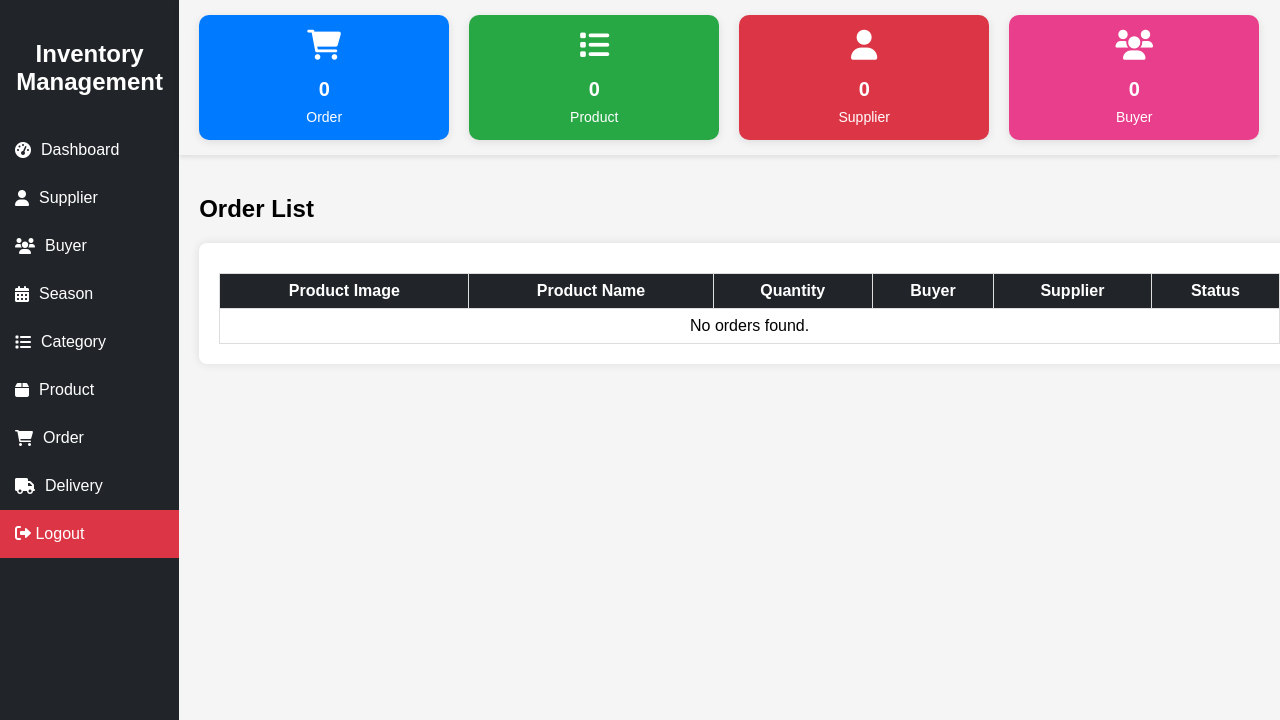
Repository: Fail2/Inventory_Management
Page: http://localhost/accounts/admin/orders/
An editor plug-in stored every save of this project. The page is shown before and after the next save, followed by the edit.
The browser window is 1280 px wide. The pictures show the whole page.
The page is served by the project's application, run on Django 5.2 (inventory_management/manage.py). A made-up administrator, testuser (Test User, test@example.com), is signed in. Other server files are loaded and not shown. Queries for data that is not in the repository find no rows.

Above is the page before, as saved 2025-05-03 13:10:38.

### inventory_management/accounts/templates/accounts/admin_order_list.html
{% extends 'accounts/admin_base.html' %}
{% block title %}Admin - Orders{% endblock %}

{% block content %}
<h2>Order List</h2>

<div class="orders-table">
    <table>
        <thead>
            <tr>
                <th>Product Image</th>
                <th>Product Name</th>
                <th>Quantity</th>
                <th>Buyer</th>
                <th>Supplier</th>
                <th>Status</th>
            </tr>
        </thead>
        <tbody>
            {% for order in orders %}
            <tr>
                <td>
                    <img src="{{ order.product.picture.url|default:'/media/product_images/default-image.jpg' }}"
                         alt="{{ order.product.name }}" width="60" height="60">
                </td>
                <td>{{ order.product.name }}</td>
                <td>{{ order.quantity }}</td>
                <td>{{ order.buyer.full_name }}</td>

                <!-- Supplier Column -->
                <td>
                    {% if order.supplier %}
                        {{ order.supplier.full_name }}
                    {% else %}
                        <form method="post" style="display: inline;">
                            {% csrf_token %}
                            <input type="hidden" name="order_id" value="{{ order.id }}">
                            <select name="supplier_id" required>
                                <option value="">Select Supplier</option>
                                {% for supplier in suppliers %}
                                <option value="{{ supplier.id }}" {% if order.supplier and supplier.id == order.supplier.id %}selected{% endif %}>
                                    {{ supplier.full_name }}
                                </option>
                                {% endfor %}
                            </select>
                            <button type="submit" style="padding: 5px 10px;">Assign Supplier</button>
                        </form>
                    {% endif %}
                </td>

                <!-- Status Column -->
                <td>
                    <form method="post" style="display: inline;">
                        {% csrf_token %}
                        <input type="hidden" name="order_id" value="{{ order.id }}">
                        <select name="status" required>
                            {% for value, label in status_choices %}
                            <option value="{{ value }}" {% if order.status == value %}selected{% endif %}>
                                {{ label }}
                            </option>
                            {% endfor %}
                        </select>
                        <button type="submit" style="padding: 5px 10px;">Update Status</button>
                    </form>
                </td>
            </tr>
            {% empty %}
            <tr>
                <td colspan="6">No orders found.</td>
            </tr>
            {% endfor %}
        </tbody>
    </table>
</div>
{% endblock %}

### inventory_management/accounts/middleware/auth_middleware.py
from django.shortcuts import redirect

class BuyerSupplierLoginRequiredMiddleware:
    """
    Middleware to protect buyer and supplier pages.
    If user is not logged in, they will be redirected to login page.
    """

    def __init__(self, get_response):
        self.get_response = get_response

    def __call__(self, request):
        # Paths that need protection
        protected_paths = [
            '/buyer/',         # All buyer pages
            '/supplier/',      # All supplier pages
        ]

        # Check if the request path starts with any protected path
        if any(request.path.startswith(path) for path in protected_paths):
            if not request.session.get('user_type'):
                # If user_type not found in session, redirect to login
                return redirect('login')  # URL name of your login page

        response = self.get_response(request)
        return response

### inventory_management/accounts/models.py
from django.db import models
from django.contrib.auth.models import AbstractUser
from django.core.validators import MinValueValidator
import os
import uuid
from django.utils.deconstruct import deconstructible

# Custom User Model for Buyer and Seller types
class CustomUser(AbstractUser):
    USER_TYPE_CHOICES = (
        ('buyer', 'Buyer'),
        ('supplier', 'Supplier'),
    )
    user_type = models.CharField(max_length=10, choices=USER_TYPE_CHOICES)

    def is_admin(self):
        return self.is_superuser  # Check if the user is an admin

class Buyer(models.Model):
    full_name=models.CharField(max_length=100)
    address = models.TextField()
    email = models.EmailField(unique=True)
    username = models.CharField(max_length=100,unique=True)
    password =models.CharField(max_length=128) #store hashed password
    last_login = models.DateTimeField(null=True, blank=True)
    date_joined = models.DateTimeField(auto_now_add=True)


    def __str__(self):
        return self.full_name

class Supplier(models.Model):
    full_name=models.CharField(max_length=100)
    address = models.TextField()
    email = models.EmailField(unique=True)
    username = models.CharField(max_length=100,unique=True)
    password =models.CharField(max_length=128) #store hashed password
    last_login = models.DateTimeField(null=True, blank=True)
    date_joined = models.DateTimeField(auto_now_add=True)


    def __str__(self):
        return self.full_name

class Season(models.Model):
    name = models.CharField(max_length=100)

    def __str__(self):
        return self.name

class Category(models.Model):
    name = models.CharField(max_length=100)

    def __str__(self):
        return self.name

#for creating unique file name for image so that no override occurs
@deconstructible
class UniqueFileName:
    def __init__(self, subdir):
        self.subdir = subdir

    def __call__(self, instance, filename):
        ext = filename.split('.')[-1]
        unique_filename = f"{uuid.uuid4().hex}.{ext}"
        return os.path.join(self.subdir, unique_filename)

class Product(models.Model):
    name = models.CharField(max_length=255)
    category = models.ForeignKey(Category, on_delete=models.SET_NULL,null=True, blank=True)
    season = models.ForeignKey(Season, on_delete=models.SET_NULL, null=True, blank=True)
    price = models.DecimalField(max_digits=10, decimal_places=2,validators=[MinValueValidator(0.01)])
    quantity = models.PositiveIntegerField()
    picture = models.ImageField(upload_to=UniqueFileName('product_images/'), null=True, blank=True)
    supplier = models.ForeignKey(Supplier, on_delete=models.SET_NULL, null=True, blank=True)  # Now optional

    def __str__(self):
        return self.name
    def save(self, *args, **kwargs):
        try:
            this = Product.objects.get(id=self.id)
            if this.picture and self.picture != this.picture:
                if os.path.isfile(this.picture.path):
                    os.remove(this.picture.path)
        except Product.DoesNotExist:
            pass  # This is a new product, no need to delete anything

        super().save(*args, **kwargs)

    def delete(self, *args, **kwargs):
        if self.picture and os.path.isfile(self.picture.path):
            os.remove(self.picture.path)
        super().delete(*args, **kwargs)


class Order(models.Model):
    STATUS_CHOICES = [
        ('pending', 'Pending'),
        ('approved', 'Approved'),
        ('shipped', 'Shipped'),
        ('completed', 'Completed'),
    ]
    buyer = models.ForeignKey(Buyer, on_delete=models.CASCADE)
    product = models.ForeignKey(Product, on_delete=models.CASCADE)
    supplier = models.ForeignKey(Supplier, on_delete=models.SET_NULL, null=True, blank=True)
    quantity = models.PositiveIntegerField()
    total_amount = models.DecimalField(max_digits=10, decimal_places=2, blank=True, null=True)
    delivery_address = models.TextField()  # <- NEW FIELD for where to send
    status = models.CharField(max_length=20, choices=STATUS_CHOICES, default='pending')
    order_date = models.DateTimeField(auto_now_add=True)

    def __str__(self):
        return f"Order #{self.id} - {self.product.name} by {self.buyer.full_name}"

    def save(self, *args, **kwargs):
        if self.product and self.quantity:
            self.total_amount = self.product.price * self.quantity
        super().save(*args, **kwargs)

class Delivery(models.Model):
    order = models.OneToOneField(Order, on_delete=models.CASCADE)
    delivery_date = models.DateField()
    status = models.CharField(max_length=50)

    def __str__(self):
        return f"Delivery for {self.order}"

### inventory_management/inventory_management/urls.py
"""
URL configuration for inventory_management project.

The `urlpatterns` list routes URLs to views. For more information please see:
    https://docs.djangoproject.com/en/5.2/topics/http/urls/
Examples:
Function views
    1. Add an import:  from my_app import views
    2. Add a URL to urlpatterns:  path('', views.home, name='home')
Class-based views
    1. Add an import:  from other_app.views import Home
    2. Add a URL to urlpatterns:  path('', Home.as_view(), name='home')
Including another URLconf
    1. Import the include() function: from django.urls import include, path
    2. Add a URL to urlpatterns:  path('blog/', include('blog.urls'))
"""
from django.contrib import admin
from django.conf import settings
from django.conf.urls.static import static
from django.urls import path,include

urlpatterns = [
    path('admin/', admin.site.urls),
    path('accounts/',include('accounts.urls')),
]
# This serves media files in development (make sure to only use this in development)
if settings.DEBUG:
    urlpatterns += static(settings.MEDIA_URL, document_root=settings.MEDIA_ROOT)

### inventory_management/accounts/urls.py

from django.conf import settings
from django.conf.urls.static import static
from django.urls import path
from . import views

urlpatterns = [
    # Admin-related paths
    path('admin-login/', views.admin_login_view, name='admin-login'),
    path('admin-dashboard/', views.admin_dashboard, name='admin_dashboard'),
    path('<str:user_type>/list/', views.user_list, name='user_list'),
    path('<str:user_type>/add/', views.add_user, name='add_user'),
    path('<str:user_type>/edit/<int:user_id>/', views.edit_user, name='edit_user'),
    path('<str:user_type>/delete/<int:user_id>/', views.delete_user, name='delete_user'),
    path('products/', views.product_list, name='product_list'),
    path('add/', views.add_product, name='add_product'),  # add_product view coming next
    path('products/<int:product_id>/edit/', views.edit_product, name='edit_product'),
    path('products/<int:product_id>/delete/', views.delete_product, name='delete_product'),
    path('products/by/<str:group_by>/', views.grouped_product_list, name='grouped_product_list'),
    path('add/<str:group_by>/', views.add_group, name='add_group'),
    path('admin/orders/', views.admin_order_list, name='admin_order_list'),


    # Buyer/Seller login
    path('login/', views.login_view, name='login'),
    path('logout/', views.logout_view, name='logout'),


    # Buyer-specific paths
    path('buyer/login/', views.login_view, name='login_view'),
    path('buyer/home/', views.buyer_home, name='buyer_home'),
    path('buyer/orders/', views.buyer_orders, name='buyer_orders'),
    path('buyer/place_order/<int:product_id>/', views.place_order, name='place_order'),
    path('<str:user_type>/product/<int:product_id>/', views.buyer_product_detail, name='buyer_product_detail'),


    #Supplier

]

Loaded but not shown: inventory_management/accounts/templatetags/custom_tags.py (common file); inventory_management/accounts/views.py (516 lines, source omitted); inventory_management/accounts/templates/accounts/admin_base.html (214 lines, source omitted)

After the next save:
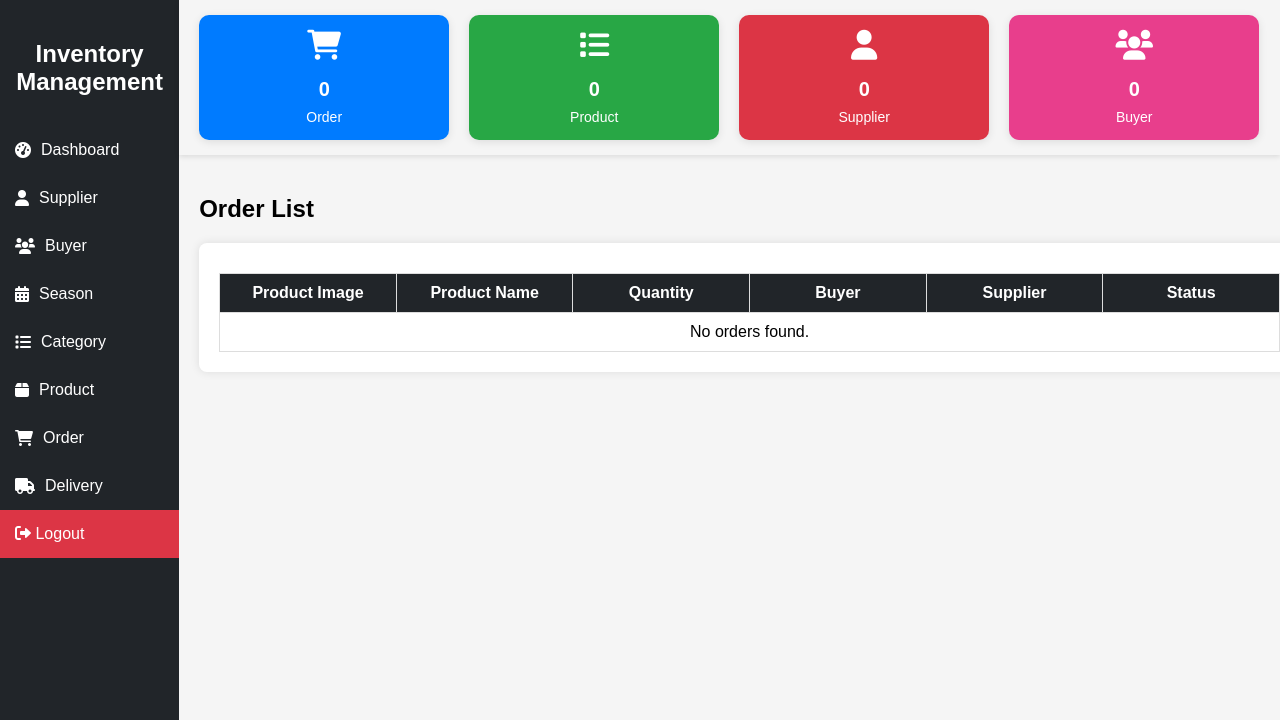
Saved 37 min 13 s later.
--- a/inventory_management/accounts/templates/accounts/admin_order_list.html
+++ b/inventory_management/accounts/templates/accounts/admin_order_list.html
@@ -73,3 +73,47 @@
     </table>
 </div>
 {% endblock %}
+{% block extra_css %}
+<style>
+    .orders-table {
+        background: white;
+        border-radius: 8px;
+        box-shadow: 0 2px 4px rgba(0, 0, 0, 0.1);
+        padding: 20px;
+        margin-top: 20px;
+        max-height: 500px;  /* Set a fixed height for the table to allow vertical scrolling */
+        overflow-y: auto;   /* Enable vertical scrolling */
+        overflow-x: hidden; /* Disable horizontal scrolling */
+    }
+
+    .orders-table h2 {
+        margin-bottom: 15px;
+    }
+
+    .orders-table table {
+        width: 100%;
+        border-collapse: collapse;
+        table-layout: fixed; /* Ensure the table width stays fixed */
+    }
+
+    .orders-table thead {
+        background-color: #212529;
+        color: white;
+    }
+
+    .orders-table th,
+    .orders-table td {
+        text-align: center;
+        padding: 10px;
+        border: 1px solid #ddd;
+    }
+
+    .orders-table tbody tr:nth-child(even) {
+        background-color: #f9f9f9;
+    }
+
+    .orders-table tbody tr:hover {
+        background-color: #f1f1f1;
+    }
+</style>
+{% endblock %}

After the save that followed:
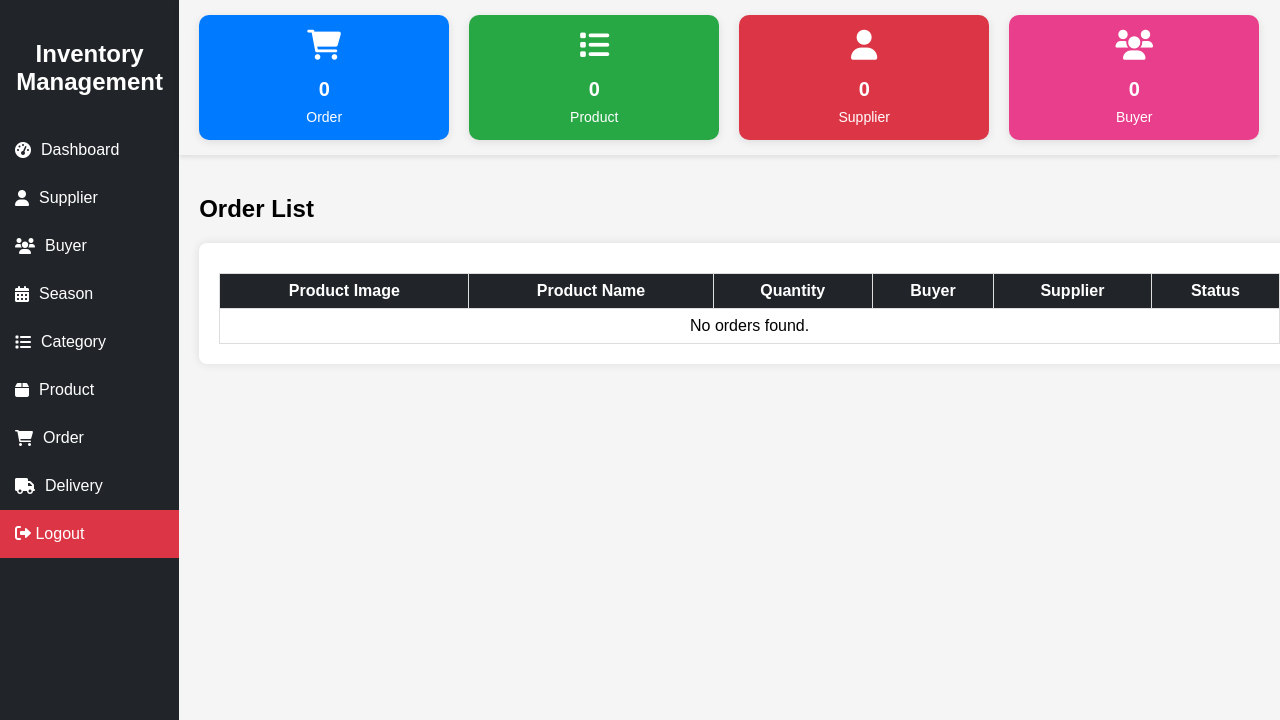
Saved 21 s later.
--- a/inventory_management/accounts/templates/accounts/admin_order_list.html
+++ b/inventory_management/accounts/templates/accounts/admin_order_list.html
@@ -27,32 +27,23 @@
                 <td>{{ order.quantity }}</td>
                 <td>{{ order.buyer.full_name }}</td>
 
-                <!-- Supplier Column -->
-                <td>
-                    {% if order.supplier %}
-                        {{ order.supplier.full_name }}
-                    {% else %}
-                        <form method="post" style="display: inline;">
-                            {% csrf_token %}
-                            <input type="hidden" name="order_id" value="{{ order.id }}">
-                            <select name="supplier_id" required>
-                                <option value="">Select Supplier</option>
-                                {% for supplier in suppliers %}
-                                <option value="{{ supplier.id }}" {% if order.supplier and supplier.id == order.supplier.id %}selected{% endif %}>
-                                    {{ supplier.full_name }}
-                                </option>
-                                {% endfor %}
-                            </select>
-                            <button type="submit" style="padding: 5px 10px;">Assign Supplier</button>
-                        </form>
-                    {% endif %}
-                </td>
-
-                <!-- Status Column -->
-                <td>
-                    <form method="post" style="display: inline;">
+                <!-- Updated cell to include form, no longer under "Actions" column -->
+                <td colspan="2">
+                    <form method="post" style="display: flex; gap: 10px; align-items: center;">
                         {% csrf_token %}
                         <input type="hidden" name="order_id" value="{{ order.id }}">
+
+                        <!-- Supplier dropdown -->
+                        <select name="supplier_id" required>
+                            <option value="">Select Supplier</option>
+                            {% for supplier in suppliers %}
+                            <option value="{{ supplier.id }}" {% if order.supplier and supplier.id == order.supplier.id %}selected{% endif %}>
+                                {{ supplier.full_name }}
+                            </option>
+                            {% endfor %}
+                        </select>
+
+                        <!-- Status dropdown -->
                         <select name="status" required>
                             {% for value, label in status_choices %}
                             <option value="{{ value }}" {% if order.status == value %}selected{% endif %}>
@@ -60,7 +51,8 @@
                             </option>
                             {% endfor %}
                         </select>
-                        <button type="submit" style="padding: 5px 10px;">Update Status</button>
+
+                        <button type="submit" style="padding: 5px 10px;">Update</button>
                     </form>
                 </td>
             </tr>
@@ -73,47 +65,3 @@
     </table>
 </div>
 {% endblock %}
-{% block extra_css %}
-<style>
-    .orders-table {
-        background: white;
-        border-radius: 8px;
-        box-shadow: 0 2px 4px rgba(0, 0, 0, 0.1);
-        padding: 20px;
-        margin-top: 20px;
-        max-height: 500px;  /* Set a fixed height for the table to allow vertical scrolling */
-        overflow-y: auto;   /* Enable vertical scrolling */
-        overflow-x: hidden; /* Disable horizontal scrolling */
-    }
-
-    .orders-table h2 {
-        margin-bottom: 15px;
-    }
-
-    .orders-table table {
-        width: 100%;
-        border-collapse: collapse;
-        table-layout: fixed; /* Ensure the table width stays fixed */
-    }
-
-    .orders-table thead {
-        background-color: #212529;
-        color: white;
-    }
-
-    .orders-table th,
-    .orders-table td {
-        text-align: center;
-        padding: 10px;
-        border: 1px solid #ddd;
-    }
-
-    .orders-table tbody tr:nth-child(even) {
-        background-color: #f9f9f9;
-    }
-
-    .orders-table tbody tr:hover {
-        background-color: #f1f1f1;
-    }
-</style>
-{% endblock %}
